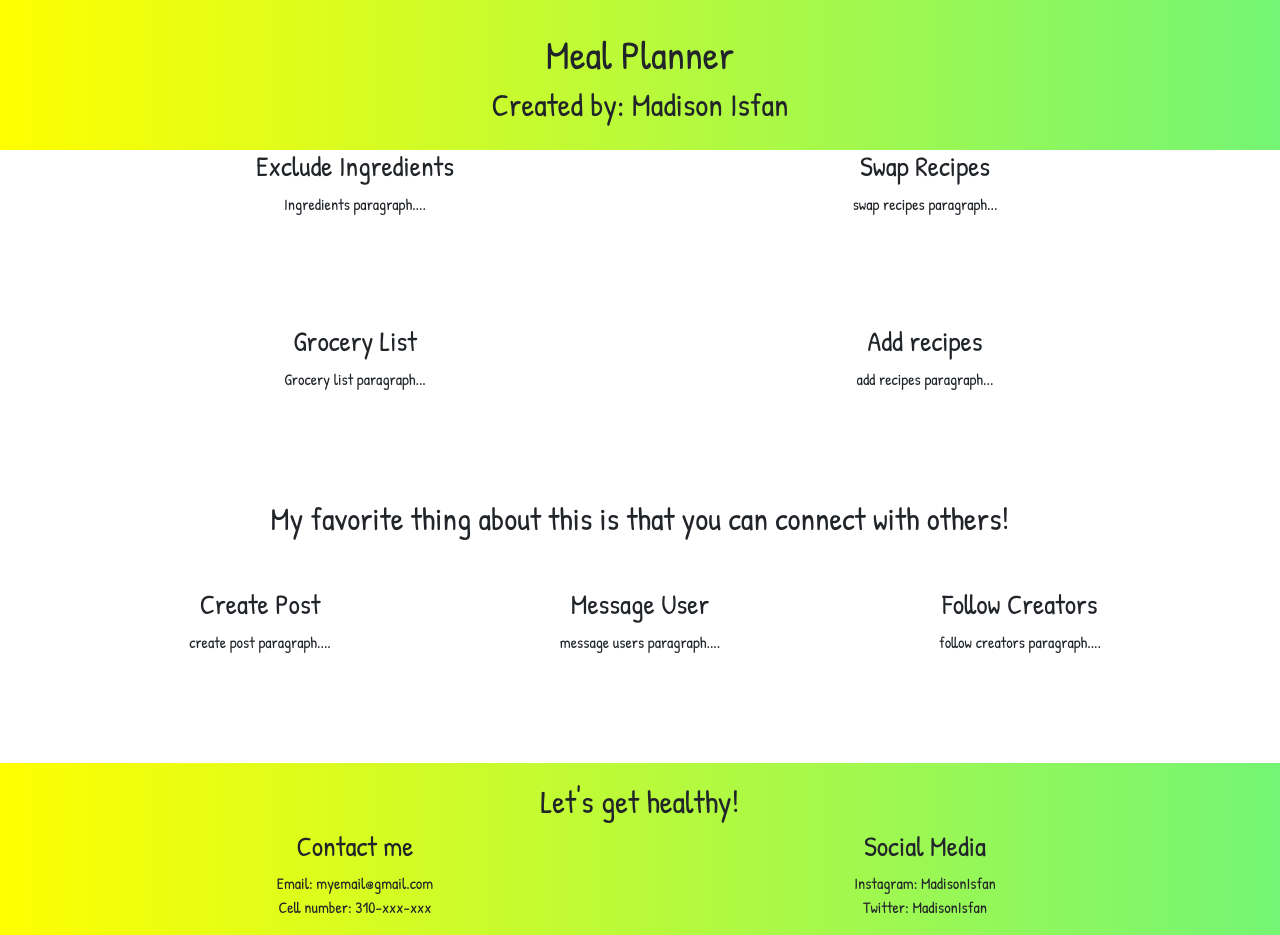
Repository: madisonisfan/Meal-Planner
Page: index.html
The author's editor kept a copy of each file at every save. The page is drawn from the files as they stood at one save, then again after the next save.
The browser window is 1280 px wide. The pictures show the whole page.
Some web libraries are served in a nearby version.

Above is the page before, as saved 2021-02-17 17:34:13.

After the next save:
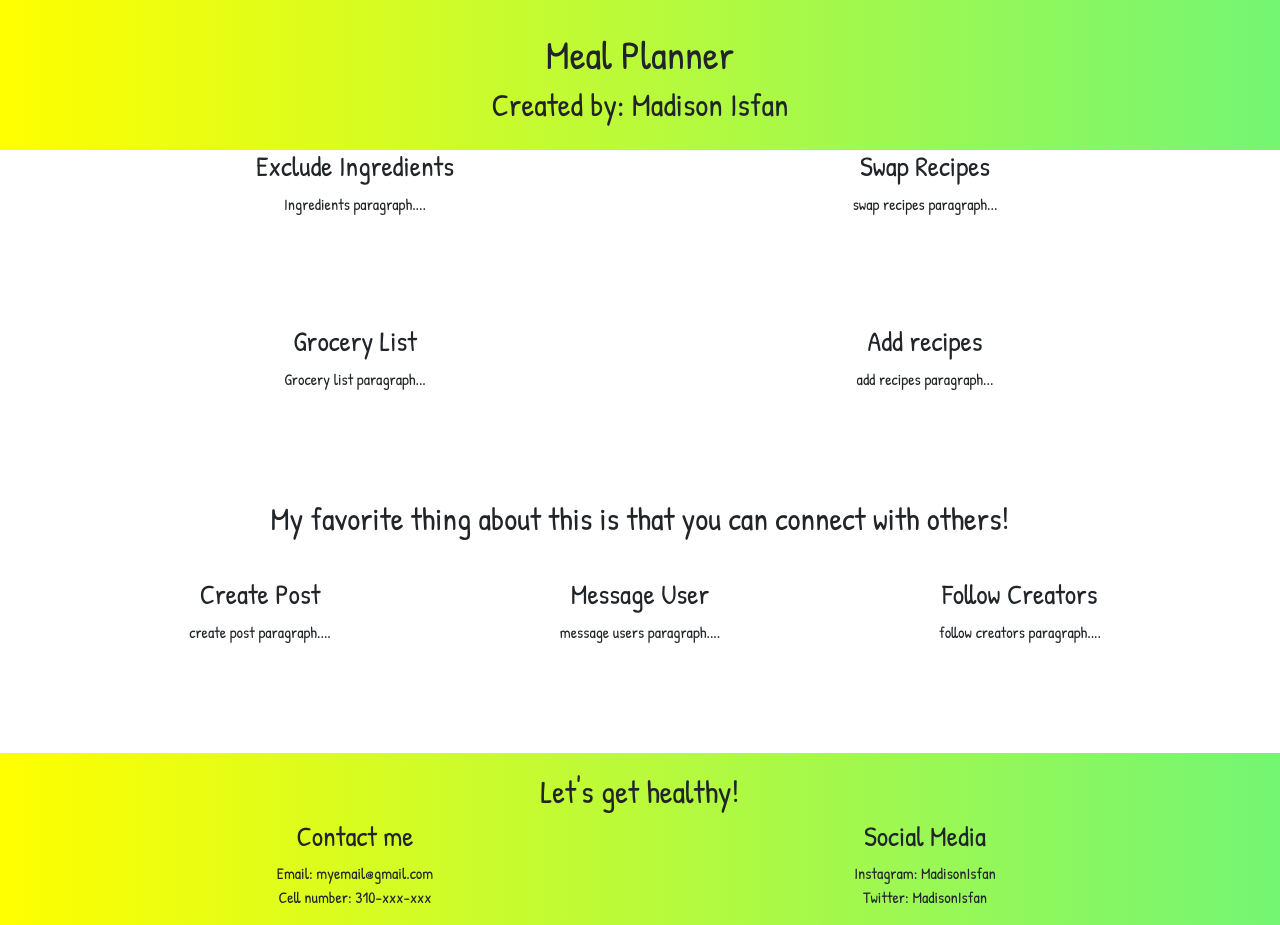
Saved 11 s later.
--- a/css/styles.css
+++ b/css/styles.css
@@ -21,5 +21,5 @@ footer {
 }
 
 .extra-header {
-  margin-bottom: 50px;
+  margin-bottom: 40px;
 }
